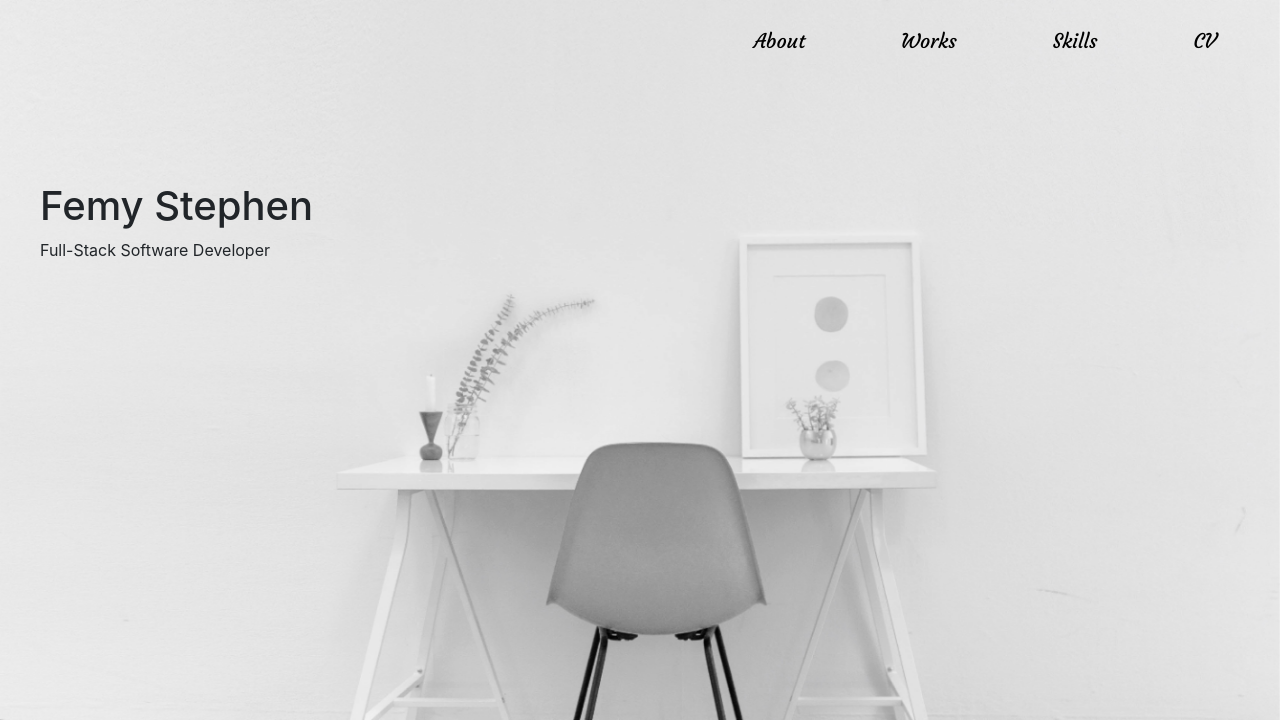
Repository: femy16/FemyStephen
Page: index.html
The author's editor kept a record of every edit. The page is drawn from the files as they stood at one moment, then again after the next edit.
The browser window is 1280 px wide. The pictures show the whole page.
Some web libraries are served in a nearby version.

Above is the page before.
Not found: hover.css

After the next edit:
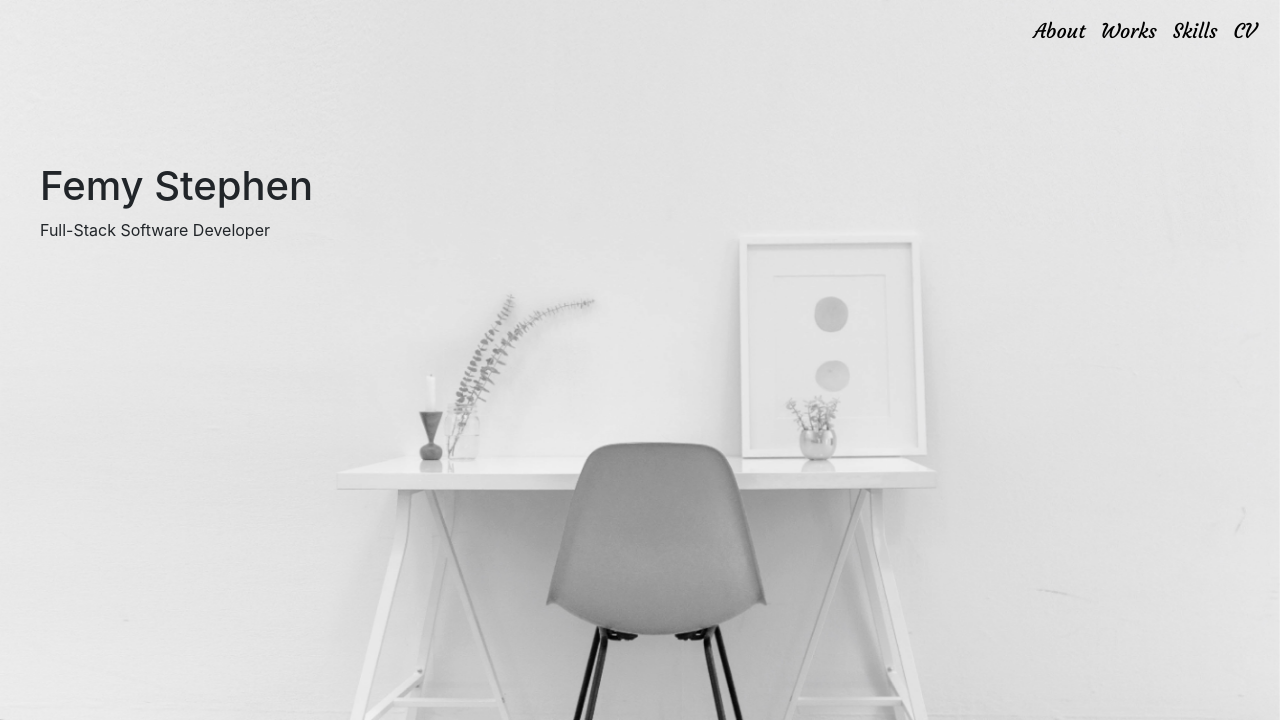
The edit:
--- a/style.css
+++ b/style.css
@@ -43,12 +43,12 @@
     padding-right: 40px;
 }
 
-.nav-item {
-    display: inline-block;
-    padding: 10px;
-    padding-left: 40px;
-    padding-right: 40px;
-}
+/*.nav-item {*/
+/*    display: inline-block;*/
+/*    padding: 10px;*/
+/*    padding-left: 40px;*/
+/*    padding-right: 40px;*/
+/*}*/
 .headercontainer{
     margin-top:100px;
    padding-left: 40px;
